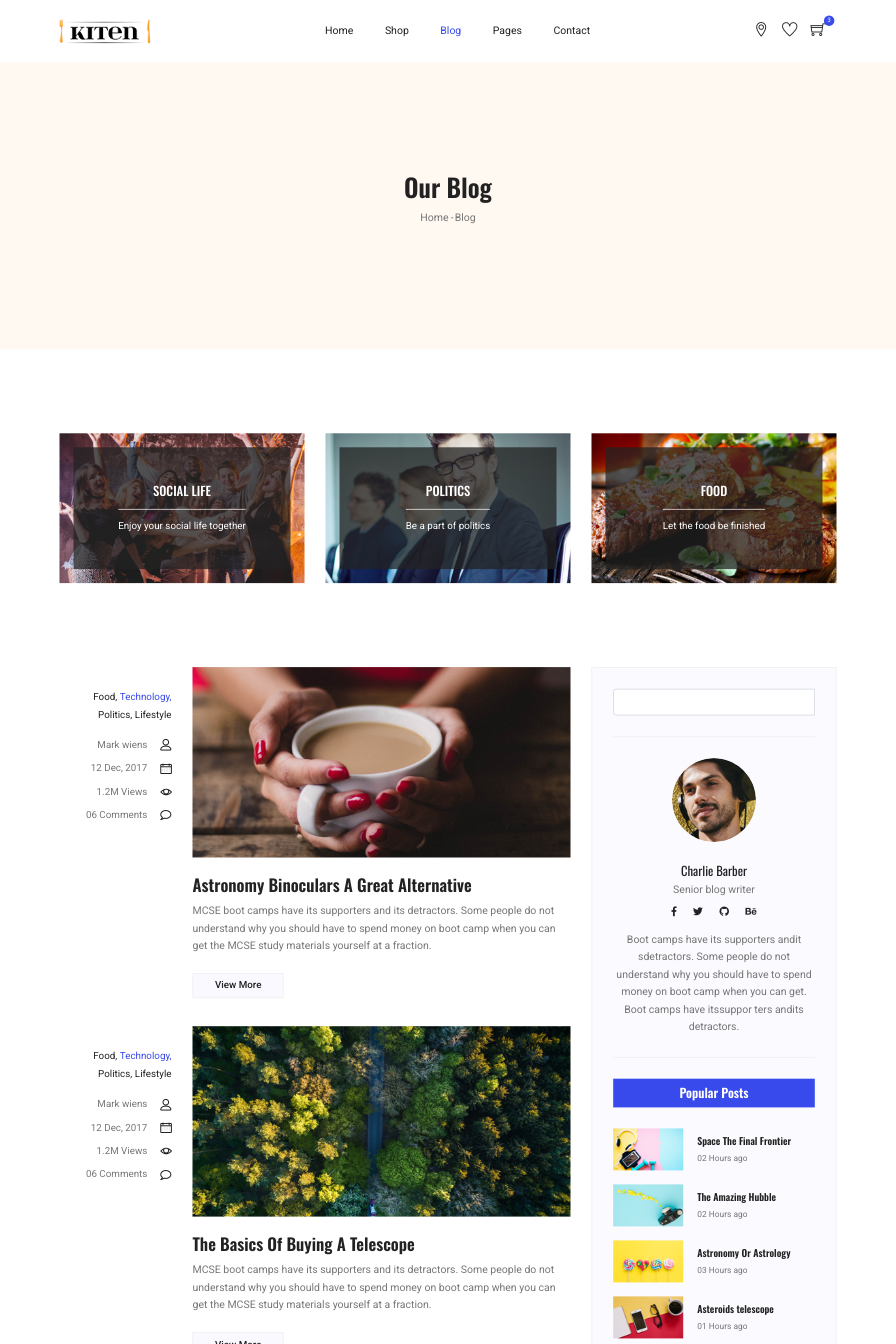
Repository: miniwon/semiProject_KITEN
Page: http://localhost/KITEN/WEB-INF/views/blog.jsp
An editor plug-in stored every save of this project. The page is shown before and after the next save, followed by the edit.
The browser window is 1280 px wide. The pictures show the part of the page from y = 0 to 1920 px (the page is 4484 px tall), at 70% of full size.
The page is served by Tomcat 9. Nobody is signed in. The template is opened directly, without the code that normally fills it, so the values that code supplies are empty.

Above is the page before, as saved 2022-11-17 01:15:11.

After the next save:
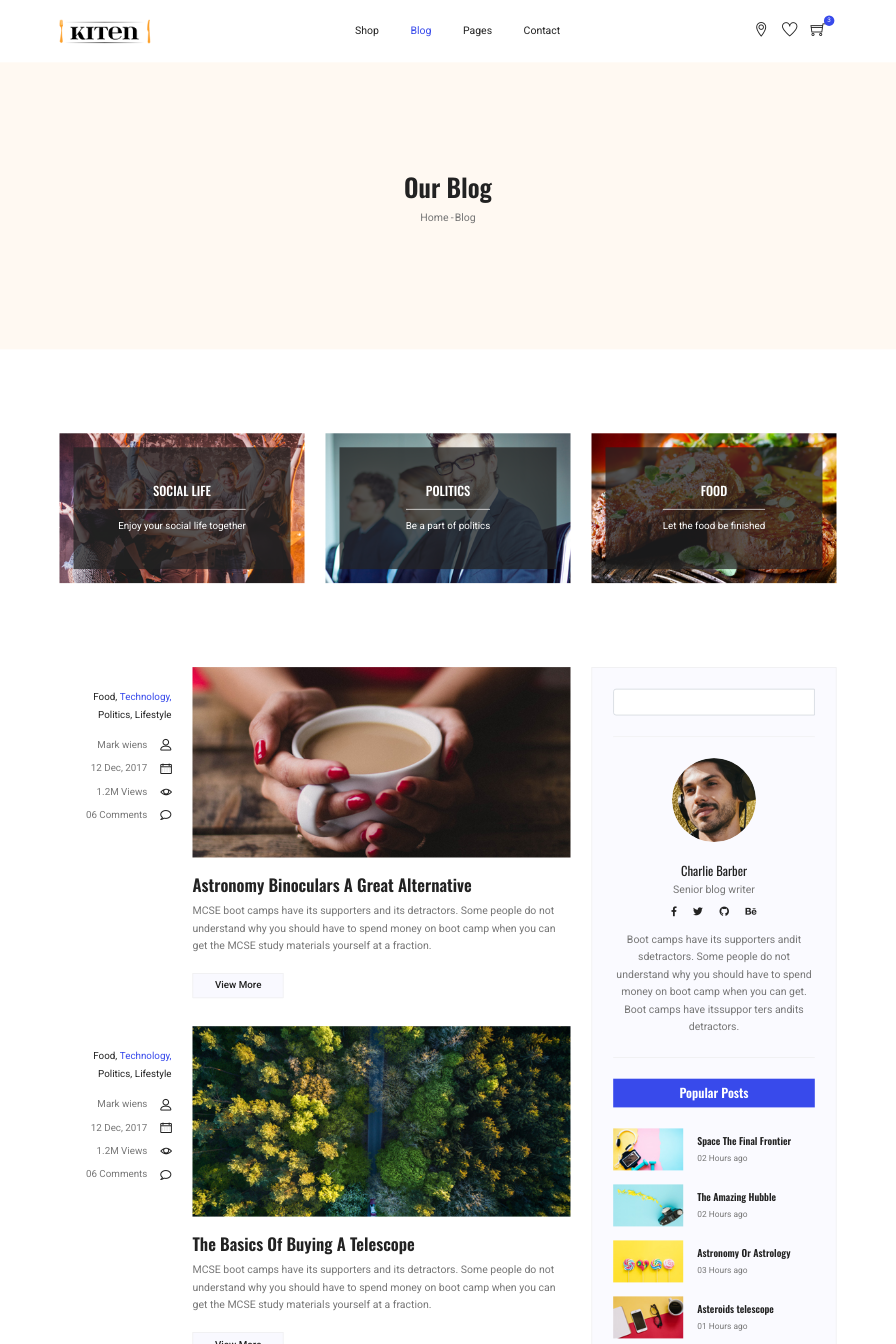
Saved 29 min 7 s later.
--- a/KITEN/src/main/webapp/WEB-INF/views/blog.jsp
+++ b/KITEN/src/main/webapp/WEB-INF/views/blog.jsp
@@ -33,7 +33,6 @@
 					</button>
 					<div class="collapse navbar-collapse offset" id="navbarSupportedContent">
 						<ul class="nav navbar-nav menu_nav ml-auto mr-auto">
-							<li class="nav-item"><a class="nav-link" href="index.html">Home</a></li>
 							<li class="nav-item submenu dropdown"><a href="#" class="nav-link dropdown-toggle" data-toggle="dropdown" role="button" aria-haspopup="true" aria-expanded="false">Shop</a>
 								<ul class="dropdown-menu">
 									<li class="nav-item"><a class="nav-link" href="category.html">Shop Category</a></li>
